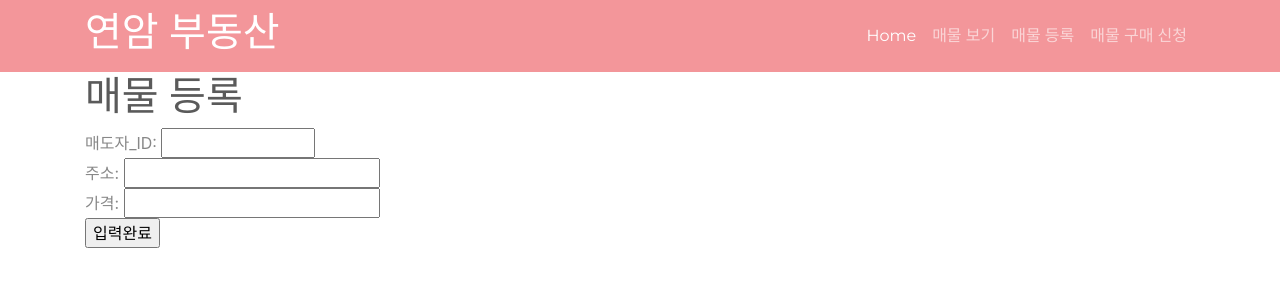
Repository: Leekm0912/2-1_JSP-DB_Project
Page: http://localhost/WebTest/DB/InsertTable.jsp
These files come from the project's save history. The page is drawn as it stood at one moment and after the next save; the edit follows.
The browser window is 1280 px wide. The pictures show the whole page.
The page is served by Tomcat 9. Other server files are loaded and not shown.

Above is the page before, as saved 2020-06-10 03:39:24.

### WebTest/WebContent/DB/InsertTable.jsp
<%@ page contentType="text/html; charset=utf-8"%>
<!DOCTYPE html>
<html lang="ko">

<head>

<meta charset="utf-8">
<meta name="viewport" content="width=device-width, initial-scale=1, shrink-to-fit=no">
<meta name="description" content="">
<meta name="author" content="">
<title>Bare - Start Bootstrap Template</title>

<!-- Bootstrap core CSS -->
<link href="vendor/bootstrap/css/bootstrap.min.css" rel="stylesheet">
</head>

<body>

	<!-- Navigation -->
	<nav class="navbar navbar-expand-lg navbar-dark bg-dark static-top">
		<div class="container">
			<h1 style="color: white;">연암 부동산</h1>
			<button class="navbar-toggler" type="button" data-toggle="collapse" data-target="#navbarResponsive" aria-controls="navbarResponsive" aria-expanded="false" aria-label="Toggle navigation">
				<span class="navbar-toggler-icon"></span>
			</button>
			<div class="collapse navbar-collapse" id="navbarResponsive">
				<ul class="navbar-nav ml-auto">
					<li class="nav-item active"><a class="nav-link" href="main.jsp">Home <span class="sr-only">(current)</span>
					</a></li>
					<li class="nav-item"><a class="nav-link" href="ViewTable.jsp">매물 보기</a></li>
					<li class="nav-item"><a class="nav-link" href="InsertTable.jsp">매물 등록</a></li>
					<li class="nav-item"><a class="nav-link" href="Order.jsp">매물 구매 신청</a></li>
				</ul>
			</div>
		</div>
	</nav>

	<!-- Page Content -->
	<div class="container">
		<h1>매물 등록</h1>
		<form action="add_data.jsp" method="post">
			매도자_ID: <input type="text" name="id" size="10"> <br>
			주소: <input type="text" name="address" size="20"> <br>
			가격: <input type="text" name="price" size="20"> <br>
		<%-- 일괄적으로 action 페이지에 전달한다. --%>
		<input type="submit" value="입력완료">
		</form>
	</div>

	<!-- Bootstrap core JavaScript -->
	<script src="vendor/jquery/jquery.slim.min.js"></script>
	<script src="vendor/bootstrap/js/bootstrap.bundle.min.js"></script>

</body>

</html>

After the next save:
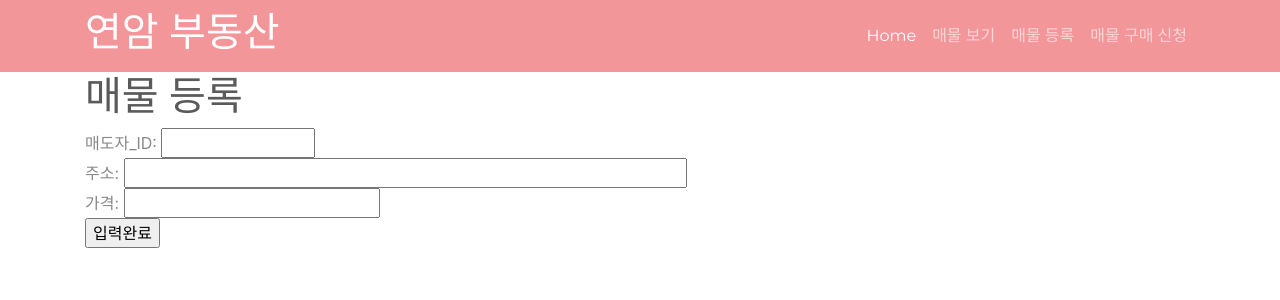
Saved 21 s later.
--- a/WebTest/WebContent/DB/InsertTable.jsp
+++ b/WebTest/WebContent/DB/InsertTable.jsp
@@ -40,7 +40,7 @@
 		<h1>매물 등록</h1>
 		<form action="add_data.jsp" method="post">
 			매도자_ID: <input type="text" name="id" size="10"> <br>
-			주소: <input type="text" name="address" size="20"> <br>
+			주소: <input type="text" name="address" size="50"> <br>
 			가격: <input type="text" name="price" size="20"> <br>
 		<%-- 일괄적으로 action 페이지에 전달한다. --%>
 		<input type="submit" value="입력완료">
